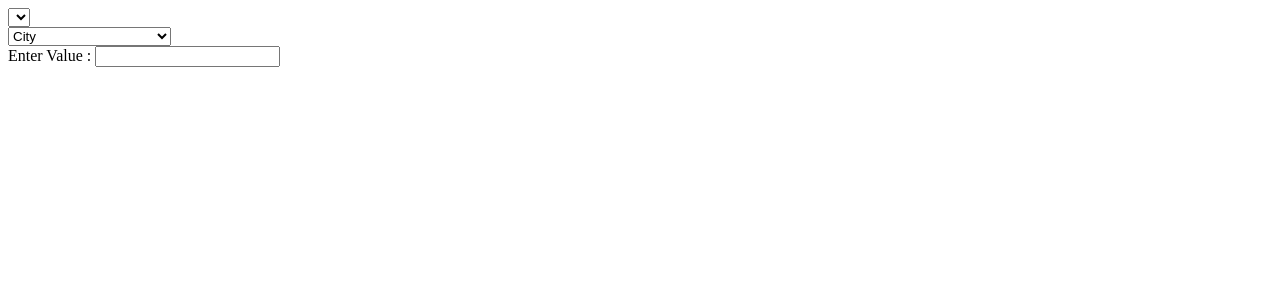
Repository: dishangjain/SpringProject
Page: http://localhost/HotelBookingManagementSystem/JSPs/UpdateHotel.jsp
An editor plug-in stored every save of this project. The page is shown before and after the next save, followed by the edit.
The browser window is 1280 px wide. The pictures show the whole page.
The page is served by Tomcat 9. Nobody is signed in. The application's start-up code is not run. Other server files are loaded and not shown. The template is opened directly, without the code that normally fills it, so the values that code supplies are empty.

Above is the page before, as saved 2017-10-14 10:05:11.

### HotelBookingManagementSystem/WebContent/JSPs/UpdateHotel.jsp
<%@ page language="java" contentType="text/html; charset=ISO-8859-1"
    pageEncoding="ISO-8859-1"%>

    <%@ taglib uri="http://java.sun.com/jsp/jstl/core" prefix="c"%>
        <%@ taglib uri="http://www.springframework.org/tags/form" prefix="form"%>
<!DOCTYPE html PUBLIC "-//W3C//DTD HTML 4.01 Transitional//EN" "http://www.w3.org/TR/html4/loose.dtd">
<html>
	<head>
		<meta http-equiv="Content-Type" content="text/html; charset=ISO-8859-1">
		<title>Insert title here</title>
	</head>
	<body>
		<form:form method="post" action="updateHotelDetails.do">
			<select name="hotelID">
					<c:forEach items="${ hotelList }" var="hotel">
						<option value="${hotel.hotelID }">${hotel.hotelName }</option>
					</c:forEach>
			</select>
			<br>
			<select name="attributeOption">
				<option value="1">City</option>
				<option value="2">Hotel Name</option>
				<option value="3">Address</option>
				<option value="4">Description</option>
				<option value="5">Average Rate Per Night</option>
				<option value="6">PhoneNumber1</option>
				<option value="7">PhoneNumber2</option>
				<option value="8">Rating</option>
				<option value="9">Email ID</option>
				<option value="10">Eax</option>
			</select>
			<br>

			Enter Value : <input name="attributeValue" type="text">

		</form:form>


	</body>
</html>

After the next save:
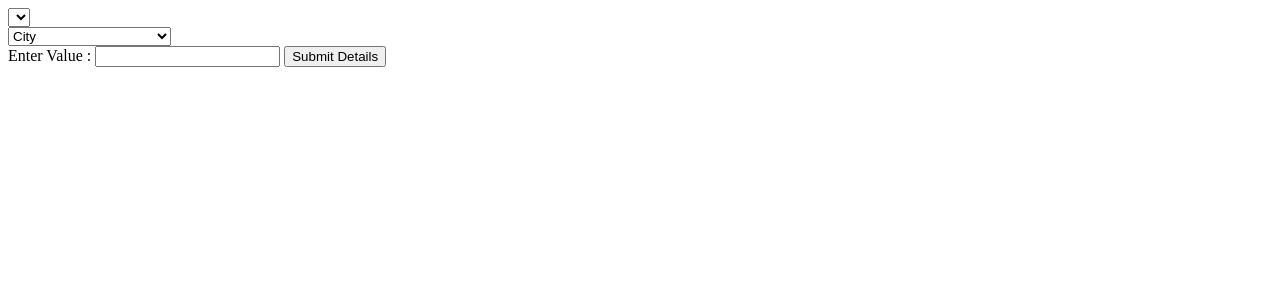
Saved 4 min 23 s later.
--- a/HotelBookingManagementSystem/WebContent/JSPs/UpdateHotel.jsp
+++ b/HotelBookingManagementSystem/WebContent/JSPs/UpdateHotel.jsp
@@ -33,6 +33,8 @@
 
 			Enter Value : <input name="attributeValue" type="text">
 
+			<input type="submit" value="Submit Details"/>
+
 		</form:form>
 
 
